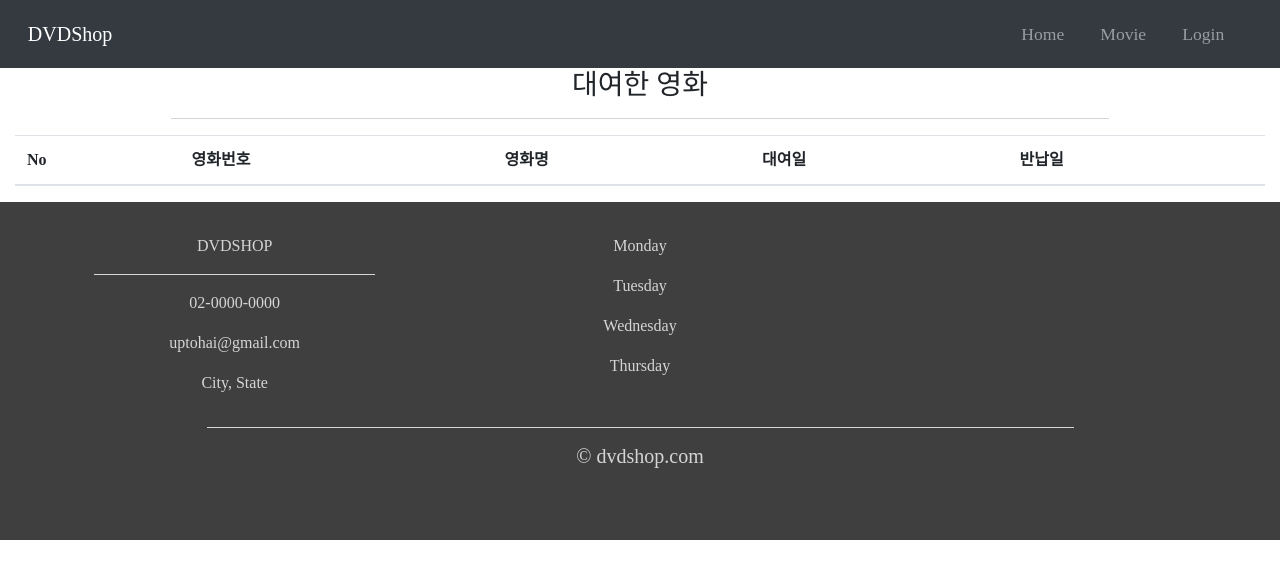
Repository: afterup/dvdshop
Page: http://localhost/shop_project/view/user/mypage.jsp
An editor plug-in stored every save of this project. The page is shown before and after the next save, followed by the edit.
The browser window is 1280 px wide. The pictures show the whole page.
The page is served by Tomcat 9. The template is opened directly, without the code that normally fills it, so the values that code supplies are empty.

Above is the page before, as saved 2019-08-14 12:08:44.

After the next save:
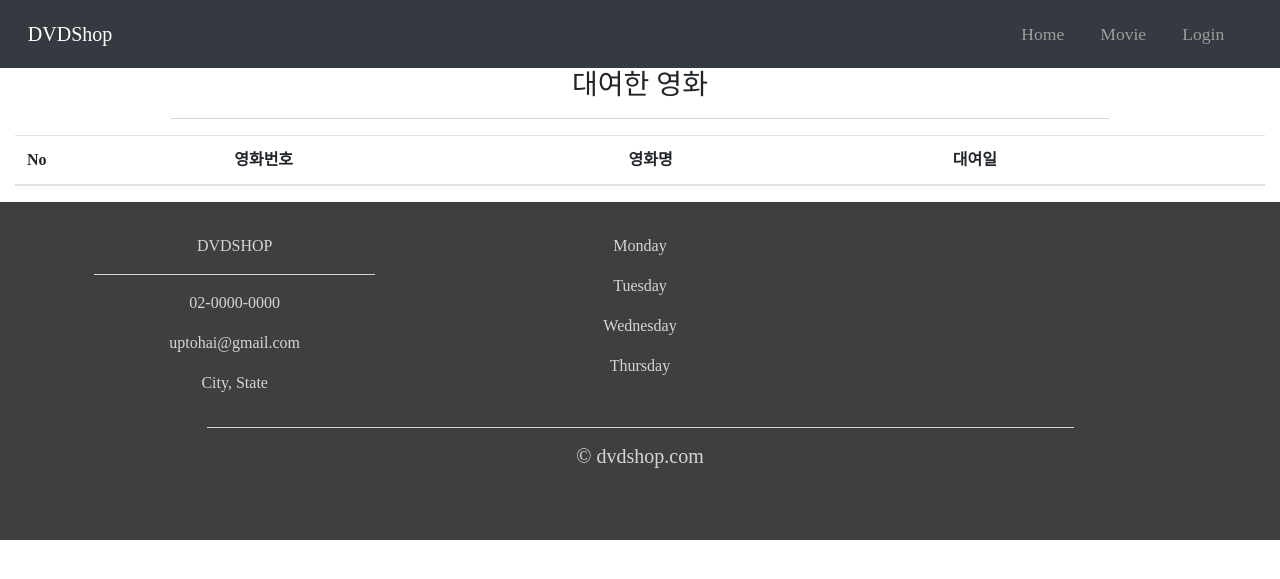
Saved 38 s later.
--- a/shop_project/WebContent/view/user/mypage.jsp
+++ b/shop_project/WebContent/view/user/mypage.jsp
@@ -34,7 +34,6 @@
 					<th scope="col">영화번호</th>
 					<th scope="col">영화명</th>
 					<th scope="col">대여일</th>
-					<th scope="col">반납일</th>
 				</tr>
 			</thead>
 			<tbody>
